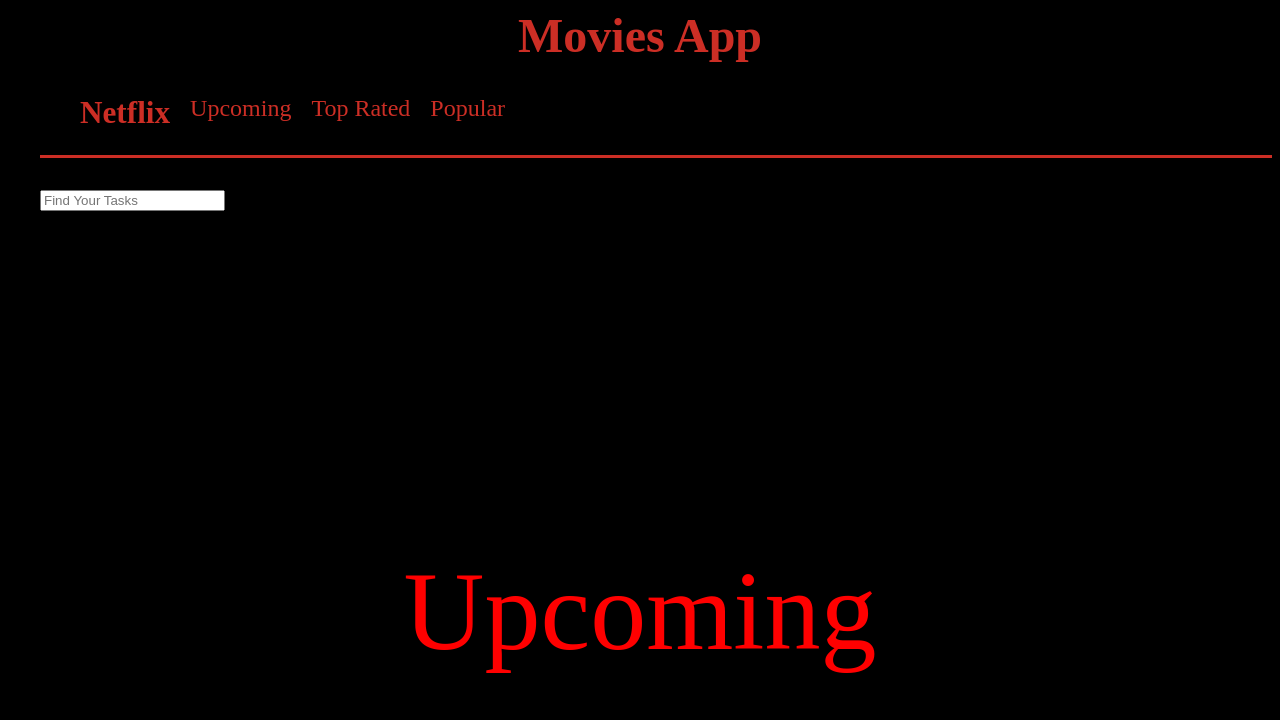
Repository: runner855/movie-app
Page: /
These files come from the project's save history. The page is drawn as it stood at one moment and after the next save; the edit follows.
The browser window is 1280 px wide. The pictures show the whole page.
The project was rebuilt for these pictures with package versions that can differ from the ones it lists, and the page was loaded fresh each time. Also part of the build but not shown: src/styles/TopRated.css, src/components/TopRated.tsx, src/styles/Popular.css, src/components/Popular.tsx.

Above is the page before, as saved 2022-11-16 17:31:17.

After the next save:
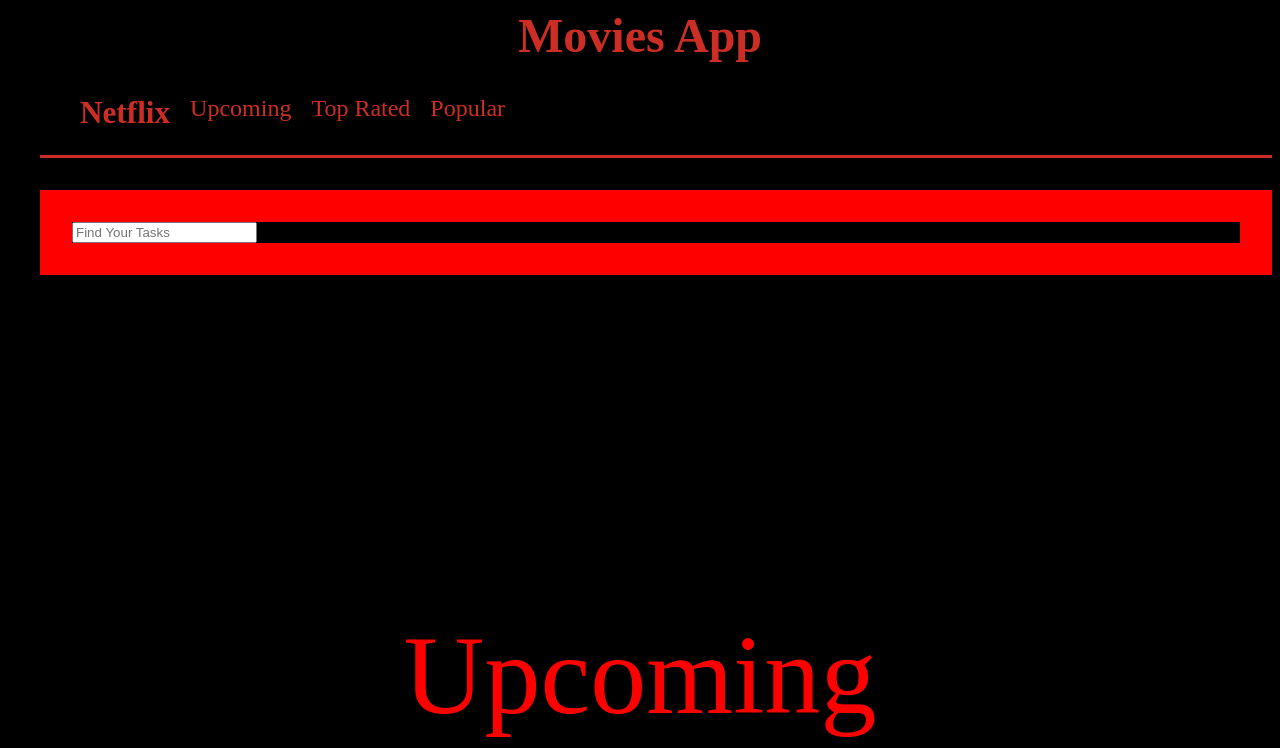
Saved 20 s later.
--- a/src/styles/MoviesFilter.css
+++ b/src/styles/MoviesFilter.css
@@ -1,5 +1,5 @@
 .movie_search {
-  color: red;
+  border: solid red 2em;
   text-align: left;
   margin: 2em 0em 0em 2em;
 }

After the save that followed:
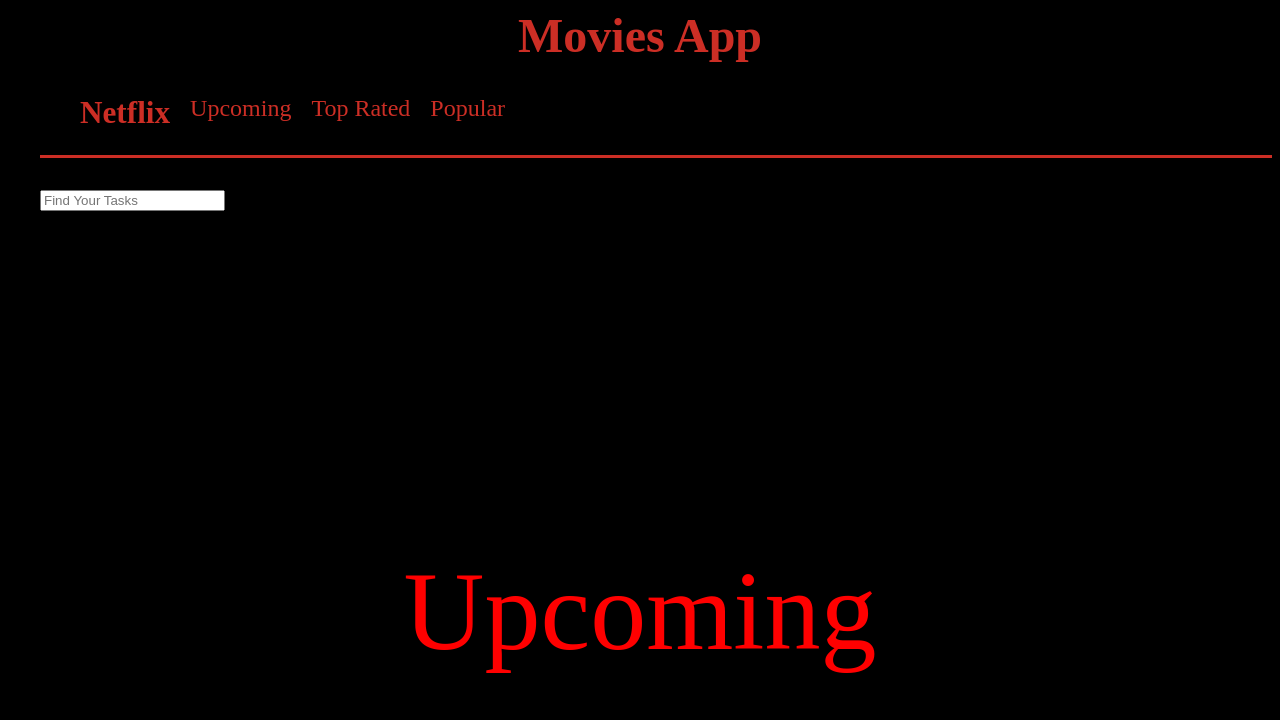
Saved 8 s later.
--- a/src/styles/MoviesFilter.css
+++ b/src/styles/MoviesFilter.css
@@ -1,5 +1,4 @@
 .movie_search {
-  border: solid red 2em;
   text-align: left;
   margin: 2em 0em 0em 2em;
 }
